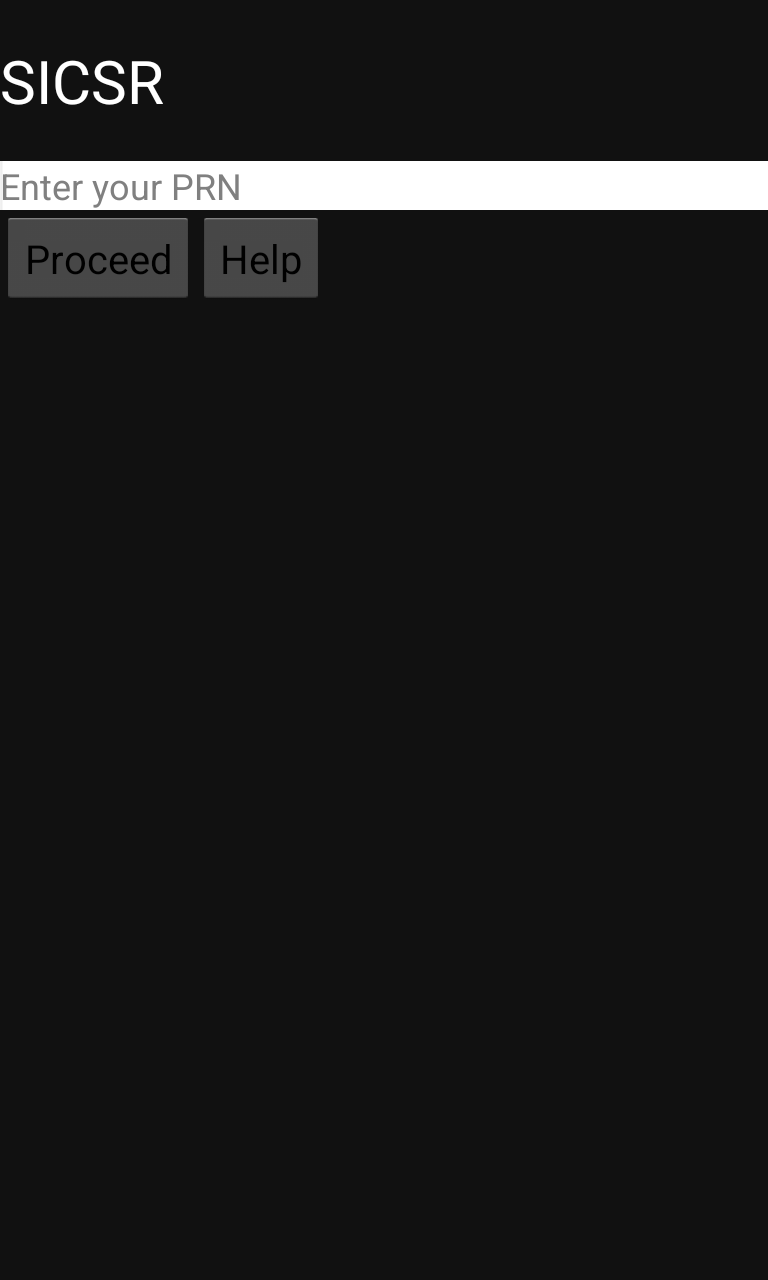
Repository: 12030121030/eventhandling
Layout: layout/res/layout/sicsr.xml
An editor plug-in stored every save of this project. The layout is shown before and after the next save, followed by the edit.
It is drawn on a 768 x 1280 px phone screen (xhdpi) without system bars, with theme AppTheme; the app's code is not run.

Above is the layout before, as saved 2014-12-08 05:36:28.

### layout/res/layout/sicsr.xml
<?xml version="1.0" encoding="utf-8"?>
<TableLayout xmlns:android="http://schemas.android.com/apk/res/android"
    android:layout_width="match_parent"
    android:layout_height="match_parent"
    android:background="#111111"
    android:orientation="vertical" >

    <TextView
        android:id="@+id/textView1"
        android:layout_width="wrap_content"
        android:layout_height="wrap_content"
        android:text="SICSR"
        android:textColor="#FFFFFF"
        android:textSize="30sp"
        android:layout_gravity="center"
        android:layout_marginTop="20dp"
         />

    <EditText
        android:id="@+id/editText1"
        android:layout_width="match_parent"
        android:layout_height="wrap_content"
        android:ems="10"
        android:hint="Enter your PRN"
        android:inputType="textPersonName"
        android:background="#ffffff"
        android:layout_marginTop="20dp" >



        <requestFocus />
    </EditText>
<TableRow android:layout_width="wrap_content"
        android:layout_height="wrap_content">
    <Button
        android:id="@+id/button1"
        android:layout_width="wrap_content"
        android:layout_height="wrap_content"
        android:text="Proceed"
         android:textSize="20sp"
        android:gravity="center" />

    <Button
        android:id="@+id/button2"
        android:layout_width="wrap_content"
        android:layout_height="wrap_content"
        android:text="Help"
         android:textSize="20sp"
        android:gravity="center"
        />
    </TableRow>
</TableLayout>

Loaded but not shown: layout/res/values/styles.xml (common file); layout/res/values-v11/styles.xml (common file); layout/res/values-v14/styles.xml (common file)

After the next save:
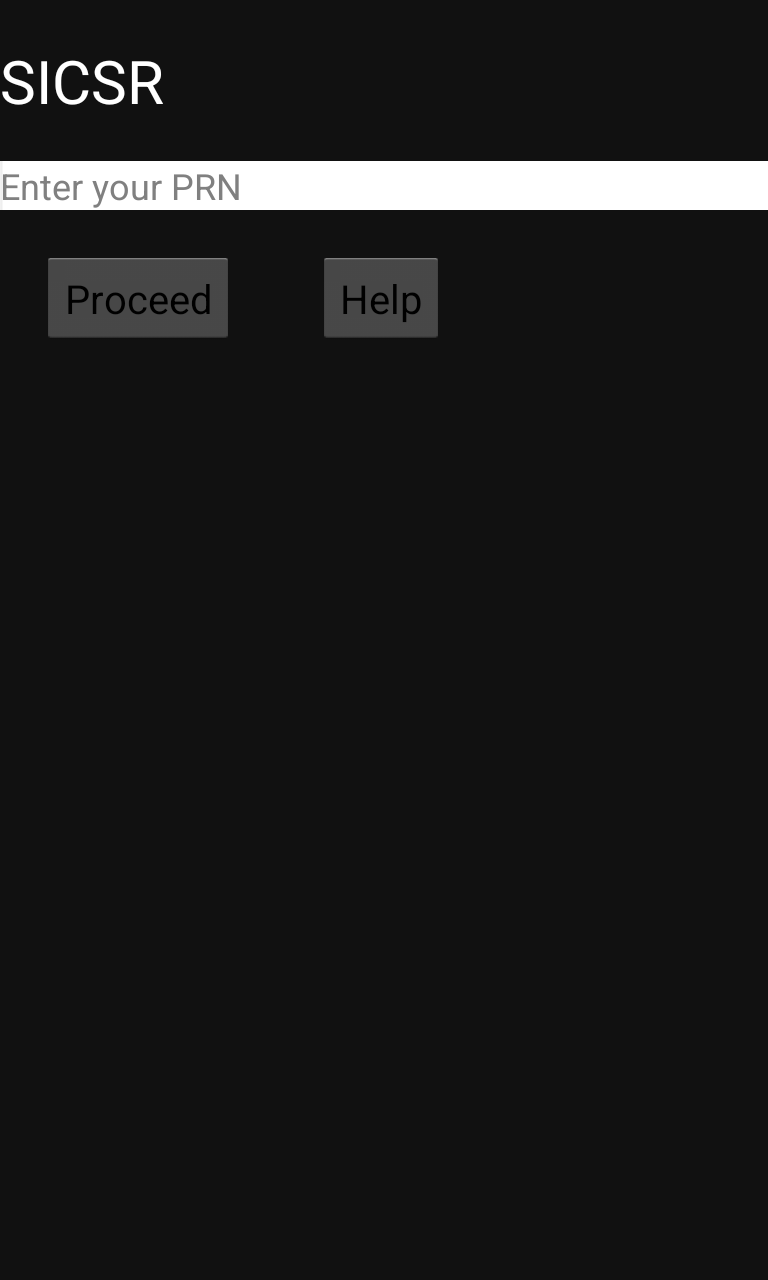
Saved 31 s later.
--- a/layout/res/layout/sicsr.xml
+++ b/layout/res/layout/sicsr.xml
@@ -38,6 +38,7 @@
         android:layout_height="wrap_content"
         android:text="Proceed"
          android:textSize="20sp"
+         android:layout_margin="20dp"
         android:gravity="center" />
 
     <Button
@@ -45,6 +46,7 @@
         android:layout_width="wrap_content"
         android:layout_height="wrap_content"
         android:text="Help"
+        android:layout_margin="20dp"
          android:textSize="20sp"
         android:gravity="center"
         />
